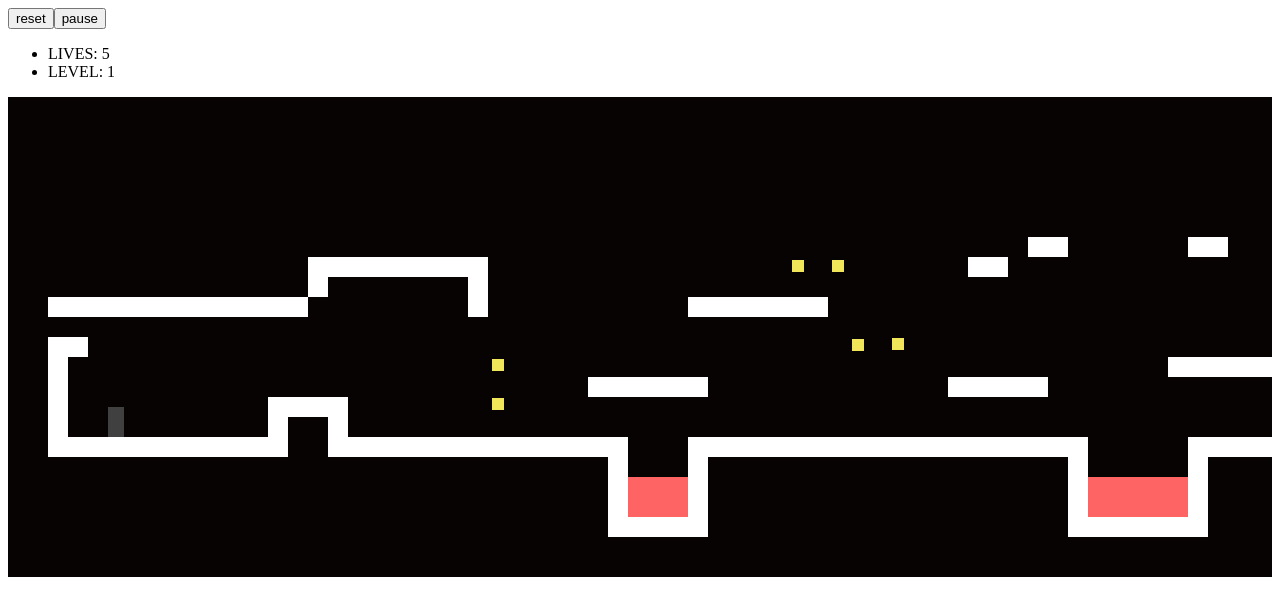
Repository: luccas-teddy/examenlucas
Page: index.html
The author's editor kept a copy of each file at every save. The page is drawn from the files as they stood at one save, then again after the next save.
The browser window is 1280 px wide. The pictures show the whole page.

Above is the page before, as saved 2021-02-11 22:45:04.

### index.html
<!doctype html>
<table>
<tr>
  <button id="reset" class="gamebutton" onclick="this.blur();">reset</button>
  <button id="pause" class="gamebutton" onclick="this.blur();">pause</button>
</tr>


<ul>
  <li id="lives" class="statss">LIVES: 5</li>
  <li id="level" class="stats">LEVEL: 1</li>
</ul>
</table>


<script src="code/chapter/16_game.js"></script>
<script src="code/levels.js"></script>

<link rel="stylesheet" href="css/game.css">

<body>
  <script>
    runGame(GAME_LEVELS, DOMDisplay);
  </script>
</body>

### code/chapter/16_game.js
var simpleLevelPlan = `
......................
..#................#..
..#..............=.#..
..#.........o.o....#..
..#.@......#####...#..
..#####............#..
......#++++++++++++#..
......##############..
......................`;

var Level = class Level {
  constructor(plan) {
    let rows = plan.trim().split("\n").map(l => [...l]);
    this.height = rows.length;
    this.width = rows[0].length;
    this.startActors = [];

    this.rows = rows.map((row, y) => {
      return row.map((ch, x) => {
        let type = levelChars[ch];
        if (typeof type == "string") return type;
        this.startActors.push(
          type.create(new Vec(x, y), ch));
        return "empty";
      });
    });
  }
}

var State = class State {
  constructor(level, actors, status) {
    this.level = level;
    this.actors = actors;
    this.status = status;
  }

  static start(level) {
    return new State(level, level.startActors, "playing");
  }

  get player() {
    return this.actors.find(a => a.type == "player");
  }
}

var Vec = class Vec {
  constructor(x, y) {
    this.x = x; this.y = y;
  }
  plus(other) {
    return new Vec(this.x + other.x, this.y + other.y);
  }
  times(factor) {
    return new Vec(this.x * factor, this.y * factor);
  }
}

var Player = class Player {
  constructor(pos, speed) {
    this.pos = pos;
    this.speed = speed;
  }

  get type() { return "player"; }

  static create(pos) {
    return new Player(pos.plus(new Vec(0, -0.5)),
                      new Vec(0, 0));
  }
}

Player.prototype.size = new Vec(0.8, 1.5);

var Lava = class Lava {
  constructor(pos, speed, reset) {
    this.pos = pos;
    this.speed = speed;
    this.reset = reset;
  }

  get type() { return "lava"; }

  static create(pos, ch) {
    if (ch == "=") {
      return new Lava(pos, new Vec(2, 0));
    } else if (ch == "|") {
      return new Lava(pos, new Vec(0, 2));
    } else if (ch == "v") {
      return new Lava(pos, new Vec(0, 3), pos);
    }
  }
}

Lava.prototype.size = new Vec(1, 1);

var Coin = class Coin {
  constructor(pos, basePos, wobble) {
    this.pos = pos;
    this.basePos = basePos;
    this.wobble = wobble;
  }

  get type() { return "coin"; }

  static create(pos) {
    let basePos = pos.plus(new Vec(0.2, 0.1));
    return new Coin(basePos, basePos,
                    Math.random() * Math.PI * 2);
  }
}

Coin.prototype.size = new Vec(0.6, 0.6);

var levelChars = {
  ".": "empty", "#": "wall", "+": "lava",
  "@": Player, "o": Coin,
  "=": Lava, "|": Lava, "v": Lava
};

var simpleLevel = new Level(simpleLevelPlan);

function elt(name, attrs, ...children) {
  let dom = document.createElement(name);
  for (let attr of Object.keys(attrs)) {
    dom.setAttribute(attr, attrs[attr]);
  }
  for (let child of children) {
    dom.appendChild(child);
  }
  return dom;
}

var DOMDisplay = class DOMDisplay {
  constructor(parent, level) {
    this.dom = elt("div", {class: "game"}, drawGrid(level));
    this.actorLayer = null;
    parent.appendChild(this.dom);
  }

  clear() { this.dom.remove(); }
}

var scale = 20;

function drawGrid(level) {
  return elt("table", {
    class: "background",
    style: `width: ${level.width * scale}px`
  }, ...level.rows.map(row =>
    elt("tr", {style: `height: ${scale}px`},
        ...row.map(type => elt("td", {class: type})))
  ));
}

function drawActors(actors) {
  return elt("div", {}, ...actors.map(actor => {
    let rect = elt("div", {class: `actor ${actor.type}`});
    rect.style.width = `${actor.size.x * scale}px`;
    rect.style.height = `${actor.size.y * scale}px`;
    rect.style.left = `${actor.pos.x * scale}px`;
    rect.style.top = `${actor.pos.y * scale}px`;
    return rect;
  }));
}

DOMDisplay.prototype.syncState = function(state) {
  if (this.actorLayer) this.actorLayer.remove();
  this.actorLayer = drawActors(state.actors);
  this.dom.appendChild(this.actorLayer);
  this.dom.className = `game ${state.status}`;
  this.scrollPlayerIntoView(state);
};

DOMDisplay.prototype.scrollPlayerIntoView = function(state) {
  let width = this.dom.clientWidth;
  let height = this.dom.clientHeight;
  let margin = width / 3;

  // The viewport
  let left = this.dom.scrollLeft, right = left + width;
  let top = this.dom.scrollTop, bottom = top + height;

  let player = state.player;
  let center = player.pos.plus(player.size.times(0.5))
                         .times(scale);

  if (center.x < left + margin) {
    this.dom.scrollLeft = center.x - margin;
  } else if (center.x > right - margin) {
    this.dom.scrollLeft = center.x + margin - width;
  }
  if (center.y < top + margin) {
    this.dom.scrollTop = center.y - margin;
  } else if (center.y > bottom - margin) {
    this.dom.scrollTop = center.y + margin - height;
  }
};

Level.prototype.touches = function(pos, size, type) {
  var xStart = Math.floor(pos.x);
  var xEnd = Math.ceil(pos.x + size.x);
  var yStart = Math.floor(pos.y);
  var yEnd = Math.ceil(pos.y + size.y);

  for (var y = yStart; y < yEnd; y++) {
    for (var x = xStart; x < xEnd; x++) {
      let isOutside = x < 0 || x >= this.width ||
                      y < 0 || y >= this.height;
      let here = isOutside ? "wall" : this.rows[y][x];
      if (here == type) return true;
    }
  }
  return false;
};

State.prototype.update = function(time, keys) {
  let actors = this.actors
    .map(actor => actor.update(time, this, keys));
  let newState = new State(this.level, actors, this.status);

  if (newState.status != "playing") return newState;

  let player = newState.player;
  if (this.level.touches(player.pos, player.size, "lava")) {
    return new State(this.level, actors, "lost");
  }

  for (let actor of actors) {
    if (actor != player && overlap(actor, player)) {
      newState = actor.collide(newState);
    }
  }
  return newState;
};

function overlap(actor1, actor2) {
  return actor1.pos.x + actor1.size.x > actor2.pos.x &&
         actor1.pos.x < actor2.pos.x + actor2.size.x &&
         actor1.pos.y + actor1.size.y > actor2.pos.y &&
         actor1.pos.y < actor2.pos.y + actor2.size.y;
}

Lava.prototype.collide = function(state) {
  return new State(state.level, state.actors, "lost");
};

Coin.prototype.collide = function(state) {
  let filtered = state.actors.filter(a => a != this);
  let status = state.status;
  if (!filtered.some(a => a.type == "coin")) status = "won";
  return new State(state.level, filtered, status);
};

Lava.prototype.update = function(time, state) {
  let newPos = this.pos.plus(this.speed.times(time));
  if (!state.level.touches(newPos, this.size, "wall")) {
    return new Lava(newPos, this.speed, this.reset);
  } else if (this.reset) {
    return new Lava(this.reset, this.speed, this.reset);
  } else {
    return new Lava(this.pos, this.speed.times(-1));
  }
};

var wobbleSpeed = 8, wobbleDist = 0.07;

Coin.prototype.update = function(time) {
  let wobble = this.wobble + time * wobbleSpeed;
  let wobblePos = Math.sin(wobble) * wobbleDist;
  return new Coin(this.basePos.plus(new Vec(0, wobblePos)),
                  this.basePos, wobble);
};

var playerXSpeed = 7;
var gravity = 30;
var jumpSpeed = 17;

Player.prototype.update = function(time, state, keys) {
  let xSpeed = 0;
  if (keys.ArrowLeft) xSpeed -= playerXSpeed;
  if (keys.ArrowRight) xSpeed += playerXSpeed;
  let pos = this.pos;
  let movedX = pos.plus(new Vec(xSpeed * time, 0));
  if (!state.level.touches(movedX, this.size, "wall")) {
    pos = movedX;
  }

  let ySpeed = this.speed.y + time * gravity;
  let movedY = pos.plus(new Vec(0, ySpeed * time));
  if (!state.level.touches(movedY, this.size, "wall")) {
    pos = movedY;
  } else if (keys.ArrowUp && ySpeed > 0) {
    ySpeed = -jumpSpeed;
  } else {
    ySpeed = 0;
  }
  return new Player(pos, new Vec(xSpeed, ySpeed));
};

function trackKeys(keys) {
  let down = Object.create(null);
  function track(event) {
    if (keys.includes(event.key)) {
      down[event.key] = event.type == "keydown";
      event.preventDefault();
    }
  }
  window.addEventListener("keydown", track);
  window.addEventListener("keyup", track);
  return down;
}

var arrowKeys =
  trackKeys(["ArrowLeft", "ArrowRight", "ArrowUp"]);

function runAnimation(frameFunc) {
  let lastTime = null;
  function frame(time) {
    if (lastTime != null) {
      let timeStep = Math.min(time - lastTime, 100) / 1000;
      if (frameFunc(timeStep) === false) return;
    }
    lastTime = time;
    requestAnimationFrame(frame);
  }
  requestAnimationFrame(frame);
}

function runLevel(level, Display) {
  let display = new Display(document.body, level);
  let state = State.start(level);
  let ending = 1;
  return new Promise(resolve => {
    runAnimation(time => {
      state = state.update(time, arrowKeys);
      display.syncState(state);
      if (state.status == "playing") {
        return true;
      } else if (ending > 0) {
        ending -= time;
        return true;
      } else {
        display.clear();
        resolve(state.status);
        return false;
      }
    });
  });
}

async function runGame(plans, Display) {
  for (let level = 0; level < plans.length;) {
    let status = await runLevel(new Level(plans[level]),
                                Display);
    if (status == "won") level++;
  }
  console.log("You've won!");
}

### css/game.css
.background    { background-color:rgb(8, 3, 3)
}

 .background     {background :rgb (55, 167, 250)
                  background-image url(bosque.jpg);
                  background-repeat :no-repeat;
                  background-size: cover ;
                   table-layout: fixed;
                   border-spacing:  0;   }

.background td   { padding: 0;   }
.lava            { background: rgb(255, 100, 100); }
.wall            { background: rgb(255, 255, 255);   }

.actor  { position: absolute;  }

.coin   { background: rgb(241, 229, 89); }
.player { background: rgb(64, 64, 64); }

.game {
  overflow: hidden;
  max-width: 1500px;
  max-height: 820px;
  position: relative;
}

.lost .player {
  background: rgb(160, 64, 64);
}
.won .player {
  box-shadow: -4px -7px 8px white, 4px -7px 8px white;
}

Loaded but not shown: code/levels.js (221 lines, source omitted)

After the next save:
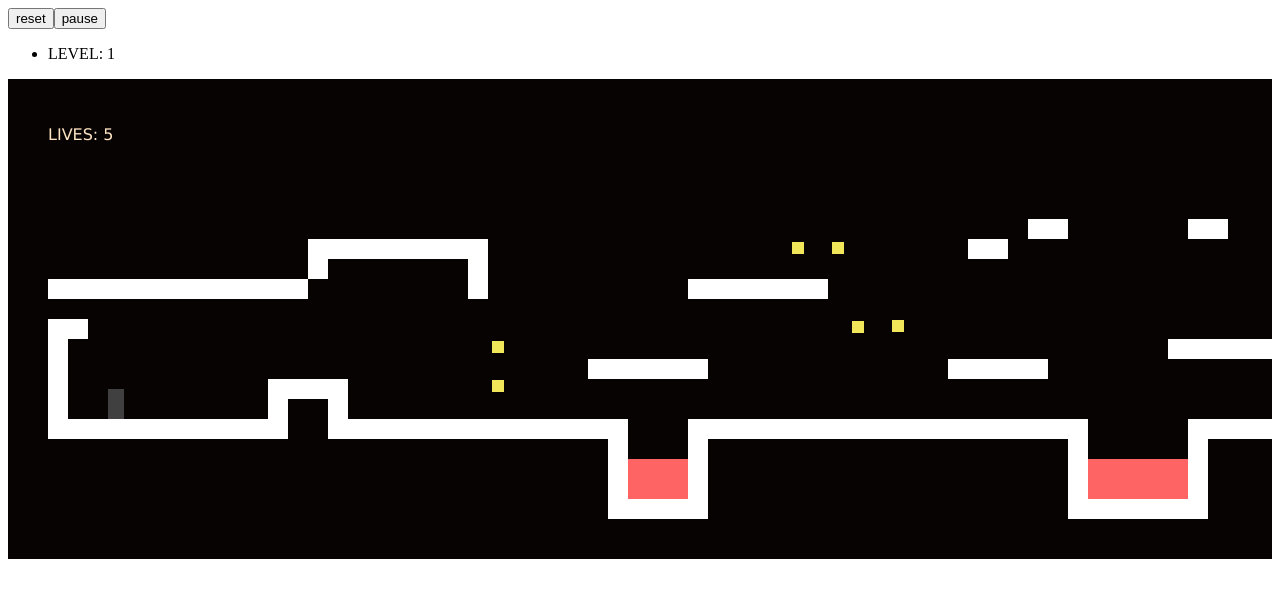
Saved 5 min 5 s later.
--- a/css/game.css
+++ b/css/game.css
@@ -30,3 +30,25 @@
 .won .player {
   box-shadow: -4px -7px 8px white, 4px -7px 8px white;
 }
+stats{
+     list-style-type: none;
+  font-family: "Lucida Sans", "Lucida Sans Regular", "Lucida Grande",
+    "Lucida Sans Unicode", Geneva, Verdana, sans-serif;
+  text-transform: uppercase;
+  color: bisque;
+  z-index: 10;
+  position: absolute;
+  text-align: left;
+  margin-top: 40px;
+}
+.statss{
+   list-style-type: none;
+  font-family: "Lucida Sans", "Lucida Sans Regular", "Lucida Grande",
+    "Lucida Sans Unicode", Geneva, Verdana, sans-serif;
+  text-transform: uppercase;
+  color: bisque;
+  z-index: 10;
+  position: absolute;
+  text-align: left;
+  margin-top: 80px;
+}
